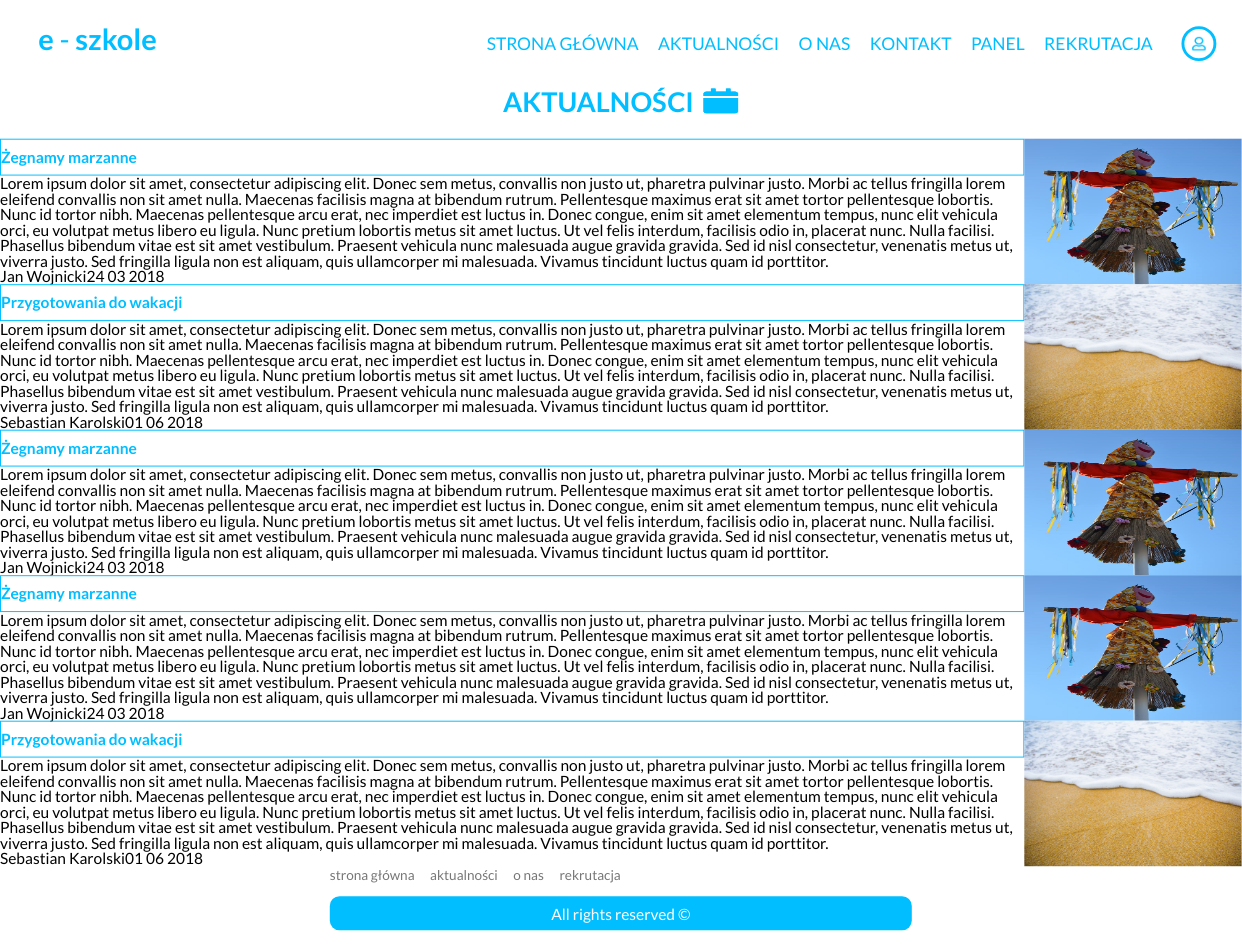
Repository: Votex874/e-szkole
Page: /blog (app in app/)
An editor plug-in stored every save of this project. The page is shown before and after the next save, followed by the edit.
The browser window is 1280 px wide. The pictures show the whole page, at 97% of full size.
The project was rebuilt for these pictures with package versions that can differ from the ones it lists, and the page was loaded fresh each time. Also part of the build but not shown: app/src/components/News/Title/index.js, app/src/components/News/Content/index.js, app/src/components/News/Avatar/index.js, app/src/components/News/Footer/index.js, app/src/components/News/index.js, app/src/components/AboutUs/Content/index.js, app/src/components/AboutUs/index.js, app/src/components/Graduates/ListItem/index.js and 11 more.

Above is the page before, as saved 2019-03-05 19:15:53.

### app/src/index.js
import React from 'react';
import ReactDOM from 'react-dom';
import App from './App';
import * as serviceWorker from './serviceWorker';
import { createStore } from 'redux';
import { Provider } from 'react-redux';
import rootReducer from './reducers/rootReducer'

const store = createStore(rootReducer);

ReactDOM.render(<Provider store={store}><App /></Provider>, document.getElementById('root'));

// If you want your app to work offline and load faster, you can change
// unregister() to register() below. Note this comes with some pitfalls.
// Learn more about service workers: http://bit.ly/CRA-PWA
serviceWorker.unregister();

### app/src/App.js
import React, { Component } from 'react';
import { Route, BrowserRouter, Switch } from 'react-router-dom'
import './reset.scss'

import Home from './containers/Home/index'
import Login from './containers/Login/index'
import Contact from './containers/Contact/index'
import News from './containers/News/index'

class App extends Component {
  render() {
    return (
      <BrowserRouter>
        <Switch>
          <Route exact path='/' component={Home} />
          <Route path='/login' component={Login} />
          <Route path='/kontakt' component={Contact} />
          <Route path='/blog' component={News} />
        </Switch>
      </BrowserRouter>
    );
  }
}

export default App;

### app/src/reset.scss
html, body, div, span, applet, object, iframe,
h1, h2, h3, h4, h5, h6, p, blockquote, pre,
a, abbr, acronym, address, big, cite, code,
del, dfn, em, img, ins, kbd, q, s, samp,
small, strike, strong, sub, sup, tt, var,
b, u, i, center,
dl, dt, dd, ol, ul, li,
fieldset, form, label, legend,
table, caption, tbody, tfoot, thead, tr, th, td,
article, aside, canvas, details, embed,
figure, figcaption, footer, header, hgroup,
menu, nav, output, ruby, section, summary,
time, mark, audio, video {
	margin: 0;
	padding: 0;
	border: 0;
	font-size: 100%;
	font: inherit;
	vertical-align: baseline;
}
/* HTML5 display-role reset for older browsers */
article, aside, details, figcaption, figure,
footer, header, hgroup, menu, nav, section {
	display: block;
}
body {
	line-height: 1;
}
ol, ul {
	list-style: none;
}
blockquote, q {
	quotes: none;
}
blockquote:before, blockquote:after,
q:before, q:after {
	content: '';
	content: none;
}
table {
	border-collapse: collapse;
	border-spacing: 0;
}
@import url('https://fonts.googleapis.com/css?family=Lato:300,300i,400,400i,700&amp;subset=latin-ext');

 body {
	font-family: 'Lato', sans-serif;
 }

 a{
	 text-decoration: none;
 }

### app/src/containers/News/index.js
import React, { Component } from 'react'

import HeaderMain from '../../components/HeaderMain/index'
import Footer from '../../components/Footer/index'
import Blog from '../../components/Blog/index'


class News extends Component {
  render (){
    return (
      <React.Fragment>
        <HeaderMain />
        <Blog />
        <Footer />
      </React.Fragment>
    )
  }
}

export default News

### app/src/components/HeaderMain/index.js
import React, { Component } from 'react';
import styled from 'styled-components'
import Logo from '../Logo/index'
import Navigation from '../Nav/index'
import Hamburger from '../Hamburger/index'

const Header = styled.header`
 max-width: 1400px;
 height: 100px;
 margin: 0 auto;
 display: flex;
 justify-content: space-between;
 align-items: center;
 box-sizing: border-box;
 margin-top: 15px;
 @media (max-width: 1400px){
   width: 96%;
   height: 50px;
   align-items: center;
 }
`

class HeaderMain extends Component {
  constructor(props){
    super(props)

    this.state = {
      width: 0
    }
  }

  componentDidMount = () => {
    this.updateWindowDimensions();
    window.addEventListener('resize', this.updateWindowDimensions);
  }

  componentWillUnmount = () => {
    window.removeEventListener('resize', this.updateWindowDimensions);
  }

  updateWindowDimensions = () => {
    this.setState({ width: window.innerWidth });
  }

  render() {
    const { width } = this.state;
    return (
      <Header>
        <Logo />
        { width <= 767 ? <Hamburger /> : <Navigation /> }
      </Header>
    );
  }
}

export default HeaderMain;

### app/src/components/Footer/index.js
import React, { Component } from 'react'
import styled from 'styled-components'
import FooterNav from './FooterNav/index'
import { lightBlue } from '../../constColors'

const FooterContainer = styled.footer`
  width: 600px;
  margin: 0 auto;
  @media (max-width: 767px){
    width: 100%;
  }
`

const FooterBanner = styled.div`
  background-color: ${lightBlue};
  display: flex;
  justify-content: center;
  align-items: center;
  color: #fff;
  margin: 15px auto;
  height: 35px;
  border-radius: 10px;
  @media (max-width: 767px){
    width: 100%;
    border-radius: 0;
  }
`

class Footer extends Component {
  render(){
    return (
      <FooterContainer>
        <FooterNav />
        <FooterBanner>All rights reserved &copy; </FooterBanner>
      </FooterContainer>
    )
  }
}


export default Footer

### app/src/components/Blog/index.js
import React, { Component } from 'react'
import styled from 'styled-components'
import { connect } from 'react-redux'

import Post from './Post/index'
import SectionTitle from '../SectionTitle/index'
import IconNews from '../../images/icons/calendar.png'

const BlogContainer = styled.section`
`

class Blog extends Component {
  constructor(props){
    super(props)

    this.state = {
      title: "Aktualności"
    }
  }

  render(){
    const { news } = this.props
    return (
      <BlogContainer>
      <SectionTitle img={IconNews} title={this.state.title} />
        {news.map((post, i) => (
          <Post key={i} content={post} />
        ))}
      </BlogContainer>
    )
  }
}

const mapStateToProps = ({ news }) => {
  return {
    news
  }
}

export default connect(mapStateToProps)(Blog)

### app/src/components/Logo/index.js
import React, { Component } from 'react';
import styled from 'styled-components'
import { shineOnHover, lightBlue } from '../../constColors'
import { Link } from 'react-router-dom'

const Alink = styled.span`
  display: flex;
  flex-direction: column;
  justify-content: center;
  align-items: center;
  width: 225px;
  padding: 0 10px;
  text-decoration: none;
  font-size: 50px;
  @media (max-width: 767px) {
    width: 150px;
    height: auto;
    font-size: 28px;
    align-items: flex-start;
    justify-content: flex-start;
    padding: 0;
  }
  @media (min-width: 768px) and (max-width: 1400px) {
    width: 150px;
    font-size: 30px;
    padding: 0;
  }
  @media (min-width: 1401px){
    ${shineOnHover}
  }
`
const Span = styled.h1`
  color: ${lightBlue};
  transition: .2s;
`
const Bold = styled.b`
  font-weight: bold;
`

class Logo extends Component {
  constructor(props){
    super(props)

    this.state = {
      logoLink: '/'
    }
  }
  render() {
    const { logoLink } = this.state;
    return (
      <Link to={logoLink}>
        <Alink>
          <Span id='logo' className="logo2"><Bold>e</Bold> - <Bold>szkole</Bold></Span>
        </Alink>
      </Link>
    );
  }
}

export default Logo;

### app/src/components/Nav/index.js
import React, { Component } from 'react';
import { connect } from 'react-redux'
import styled from 'styled-components'
import SingleLink from './Link/index'
import LoginButton from './../LoginButton/index';


const Nav = styled.nav`
  display: flex;
  margin: 10px 20px 0 auto;
  @media (max-width: 767px){
    flex-direction: column;
    margin: 120px 0 0 0;
  }
`

class Navigation extends Component {

  render() {
    const { links } = this.props;
    let listOfLinks = [];
    let i = 0;
    for (const key of Object.keys(links)) {
      // console.log(key, links[key]);
      listOfLinks[i] = <SingleLink data={links[key]} key={key} />
      i++;
    }
    return (
      <React.Fragment>
        <Nav>
          {listOfLinks}
        </Nav>
        <LoginButton />
      </React.Fragment>
    );
  }
}

const mapStateToProps = (state) => {
  return {
    links: state.links
  }
}

export default connect(mapStateToProps)(Navigation);

### app/src/components/Hamburger/index.js
import React, { Component } from 'react';
import styled from 'styled-components'
import hamburgerImg from '../../images/icons/hamburger.png'
import times from '../../images/icons/times.png'
import Navigation from '../Nav/index'

const Hamburger = styled.div`
  width: 40px;
  height: 40px;
`

const HamburgerImg = styled.img`
  width: 100%;
  height: 100%;
  opacity: 1;
  transition: .4s;
  position: relative;
  z-index: 10;
`

const MobileContainer = styled.div`
  position: absolute;
  display: flex;
  flex-direction: column-reverse;
  top: 0;
  left: 0;
  width: 100vw;
  height: 100vh;
  background-color: #fff;
  opacity: .9;
  z-index: 1;
  transition: .3s;
`

class Hambuger extends Component {
  constructor(props){
    super(props)

    this.body = document.querySelector('body');

    this.state = {
      imgAlt: 'hamburgerMenuIcon',
      imgSrc: hamburgerImg,
      fade: 1,
      displayMobile: 'none'
    }
  }

  handleHamburger = () => {
    const { imgSrc } = this.state;
    setTimeout( () => {
      if (imgSrc !== hamburgerImg) {
        this.body.style.overflow = "auto";
        this.setState({
          imgSrc: hamburgerImg,
          displayMobile: 'none',
          fade: 1
        })
      } else {
        this.body.style.overflow = "hidden";
        this.setState({
          imgSrc: times,
          displayMobile: 'block',
          fade: 1
        })
      }
    }, 400)
    this.setState({
      fade: 0
    })
  }

  render() {
    const { imgAlt, imgSrc, fade, displayMobile } = this.state
    return (
      <Hamburger>
        <HamburgerImg style={{opacity: fade}} src={imgSrc} alt={imgAlt} onClick={this.handleHamburger}/>
        <MobileContainer style={{display: displayMobile}}>
          <Navigation />
        </MobileContainer>
      </Hamburger>
    );
  }
}


export default Hambuger;

### app/src/components/SectionTitle/index.js
import React from 'react'
import styled from 'styled-components'
import { lightBlue } from '../../constColors'

const HeaderTitle = styled.h2`
  color: ${lightBlue};
  font-size: 32px;
  text-transform: uppercase;
  font-weight: bold;
  text-align: center;
  @media (max-width: 767px){
    font-size: 22px;
  }
  @media (min-width: 768px) and (max-width: 1400px){
    font-size: 28px;
  }
`
const HeaderImg = styled.img`
  width: 40px;
  height: 30px;
  margin-left: 10px;
  @media(max-width: 767px){
    width: 30px;
    height: 20px;
  }
  @media (min-width: 768px) and (max-width: 1400px){
    width: 36px;
    height: 26px;
  }
`

const Header = styled.header`
  display: flex;
  justify-content: center;
  align-items: center;
  width: 90%;
  margin: 25px auto;
`

const SectionTitle = ({ title, img }) => {
  return (
    <Header>
      <HeaderTitle>{title}</HeaderTitle>
      <HeaderImg src={img} alt="ikona zespolu"/>
    </Header>
  )
}


export default SectionTitle;

### app/src/components/Footer/FooterNav/index.js
import React, { Component } from 'react'
import styled from 'styled-components'
import NavLink from './NavLink/index'
import { connect } from 'react-redux'

const NavContainer = styled.nav`
  display: flex;
  justify-content: space-between;
  width: 50%;
  @media (max-width: 767px){
    width: 90%;
    margin: 0 auto;
  }
`

class FooterNav extends Component {
  constructor(props){
    super(props)

    this.state = {
      nav: []
    }
  }
  componentDidMount = () => {
    const { links } = this.props
    let listOfNavs = [];
    let i = 0;
    for (const key of Object.keys(links)) {
      if(links[key].basic === 'true'){
        listOfNavs[i] =
          <NavLink name={links[key].name} url={links[key].url} key={key} />
        i++;
      }
    }
    this.setState({
      nav: listOfNavs
    })
  }

  render(){
    const { nav } = this.state;
    return(
      <NavContainer>
        {nav}
      </NavContainer>
    )
  }
}

const mapStateToProps = (state) => {
  return {
    links: state.links
  }
}

export default connect(mapStateToProps)(FooterNav);

### app/src/constColors.js
const brown = '#BF5000';
const greenDark = '#008723';
const greenLight = '#34BD56';
const lightBlue = '#00BEFF';
const turquoise = '#fff';
const darkBlue = '#0057AE';

const shineOnHover = `
position: relative;
    overflow: hidden;
    display: inline-block;
    border-radius: 5px;
    text-align: center;
    line-height: 50px;

  &:after {
    content: "";
    position: absolute;
    top: -110%;
    left: -210%;
    width: 200%;
    height: 200%;
    opacity: 0;
    /* transform: rotate(30deg); */

    background: rgba(0, 190, 255, 0.13);
    background: linear-gradient(
      to right,
      rgba(0, 190, 255, 0.13) 0%,
      rgba(0, 190, 255, 0.13) 77%,
      rgba(0, 190, 255, 0.5) 92%,
      rgba(0, 190, 255, 0.0) 100%
    );
  }

  &:hover:after {
    opacity: 1;
    top: -30%;
    left: -30%;
    transition-property: left, top, opacity;
    transition-duration: 0.7s, 0.7s, 0.15s;
    transition-timing-function: ease;
  }


  &:active:after {
    opacity: 0;
  }
`

export { brown, greenLight, greenDark, lightBlue, shineOnHover, turquoise, darkBlue }

### app/src/components/Blog/Post/index.js
import React, { Component } from 'react'
import styled from 'styled-components'

import Avatar from './Avatar/index'
import Content from './Content/index'
import Footer from './Footer/index'
import Title from './Title/index'

const PostContainer = styled.article`
  display: flex;
  margin: 0 auto;

  @media (max-width: 767px){
    flex-direction: column-reverse;
    max-width: 300px;
  }
`

const ContentContainer = styled.section`

`

class Post extends Component {
  render() {
    const { content } = this.props
    return (
      <PostContainer>
        <ContentContainer>
          <Title title={content.title} />
          <Content text={content.content} />
          <Footer date={content.date} author={content.author} />
        </ContentContainer>
        <Avatar img={content.imageName} />
      </PostContainer>
    )
  }
}

export default Post

### app/src/components/Nav/Link/index.js
import React from 'react';
import styled from 'styled-components'
import { shineOnHover, lightBlue } from '../../../constColors'
import { Link } from 'react-router-dom'

const Alink = styled.span`
  text-decoration: none;
  color: ${lightBlue};
  margin: 10px 0;
  padding: 0 12px;
  font-size: 20px;
  text-transform: uppercase;
  text-align: center;

  @media (max-width: 767px){
    font-size: 24px;
    display: flex;
    justify-content: center;
    align-items: center;
  }
  @media (min-width: 768px) and (max-width: 1050px){
    font-size: 14px;
    margin: 10px 0;
    padding: 4px;
  }
  @media (min-width: 1051px) and (max-width: 1400px){
    font-size: 18px;
    margin: 10px 0;
    padding: 0 10px;
  }
  @media (min-width: 1401px){
    ${shineOnHover}
}
`

const SingleLink = ({ data }) => {
  const handleClick = () => {
    document.querySelector('body').style.overflow = "auto";
  }
  return (
    <Link onClick={handleClick} to={data.url}>
      <Alink>
        {data.name}
      </Alink>
    </Link>
  )
}

export default SingleLink;

### app/src/components/LoginButton/index.js
import React, { Component } from 'react';
import styled from 'styled-components'
import imgUser from '../../images/icons/loginUser.png'
import { shineOnHover, lightBlue } from '../../constColors'
import { Link } from 'react-router-dom'

const ButtonAlink = styled.span`
  width: 160px;
  height: 30px;
  font-size: 14px;
  text-transform: uppercase;
  font-weight: bold;
  text-decoration: none;
  display: flex;
  justify-content: center;
  align-items: center;
  border-radius: 20px;
  border: 3px solid ${lightBlue};
  margin-top: 10px;
  @media (max-width: 767px){
    position: absolute;
    top: 15px;
    left: 10px;
    width: 220px;
    height: 40px;
    font-size: 24px;
  }
  @media (min-width: 768px) and (max-width: 1400px){
    width: 30px;
  }
  @media (min-width: 1401px){
    ${shineOnHover}
    border-radius: 20px;
    line-height: normal;
    display: flex;
  }
`

const IconImg = styled.img`
  background-position: center;
  background-size: cover;
  background-repeat: no-repeat;
  margin-left: 15px;
  width: 14px;
  height: 14px;
  @media (max-width: 767px){
    width: 26px;
    height: 26px;
  }
  @media (min-width: 768px) and (max-width: 1400px){
    margin-left: 0;
  }
`
const SpanText = styled.span`
  color: ${lightBlue};
  @media (min-width: 768px) and (max-width: 1400px){
    display: none;
  }
`

class LoginButton extends Component {
  constructor(props){
    super(props)

    this.state = {
      loginLink: '/login'
    }
  }

  handleEnableScroll = () => {
    document.querySelector('body').style.overflow = "auto";
  }

  render() {
    const { loginLink } = this.state;
    return (
      <Link onClick={this.handleEnableScroll} to={loginLink} >
        <ButtonAlink>
          <SpanText>zaloguj się</SpanText>
          <IconImg src={imgUser} />
        </ButtonAlink>
      </Link>
    );
  }
}

export default LoginButton;

### app/src/components/Footer/FooterNav/NavLink/index.js
import React from 'react'
import styled from 'styled-components'
import { Link } from 'react-router-dom'

const Alink = styled.span`
  text-decoration: none;
  font-size: 14px;
  color: #777;
  @media (max-width: 767px){
    font-size: 12px;
  }
  @media (min-width: 768px) and (max-width: 1400px){
    font-size: 14px;
  }
`


const NavLink = ({ name, url }) => {
  return (
    <Link to={url}>
      <Alink>{name}</Alink>
    </Link>
  )
}

export default NavLink

### app/src/components/Blog/Post/Avatar/index.js
import React from 'react'
import styled from 'styled-components'

const AvatarImg = styled.img`
  width: 100%;
  height: 100%;
`

const ContainerImg = styled.div`
  width: 100%;
  height: 150px;
  margin: 0 auto;
  @media (max-width: 767px){
    height: 150px;
  }
`

const Avatar = ({ img }) => {
  return (
    <ContainerImg>
      <AvatarImg src={require(`../../../../images/news/${img}.png`)} />
    </ContainerImg>
  )
}

export default Avatar

### app/src/components/Blog/Post/Content/index.js
import React from 'react'

const Content = ({ text }) => {
  return (
    <div>{text}</div>
  )
}

export default Content

### app/src/components/Blog/Post/Footer/index.js
import React from 'react'

const Footer = ({ author, date }) => {
  return (
    <div>{author}{date}</div>
  )
}

export default Footer

### app/src/components/Blog/Post/Title/index.js
import React from 'react'
import styled from 'styled-components'

import { lightBlue } from '../../../../constColors'

const Header = styled.header`
`

const ContainerTitle = styled.h2`
  padding: 10px 0;
  font-weight: bold;
  color: ${lightBlue};
  border: 1px solid ${lightBlue};
  @media (max-width: 767px){
    font-size: 20px;
  }
`

const Title = ({ title }) => {
  return (
    <Header>
      <ContainerTitle>{title}</ContainerTitle>
    </Header>
  )
}

export default Title

Loaded but not shown: app/public/index.html (common file); app/src/serviceWorker.js (common file); app/src/reducers/rootReducer.js (90 lines, source omitted)

After the next save:
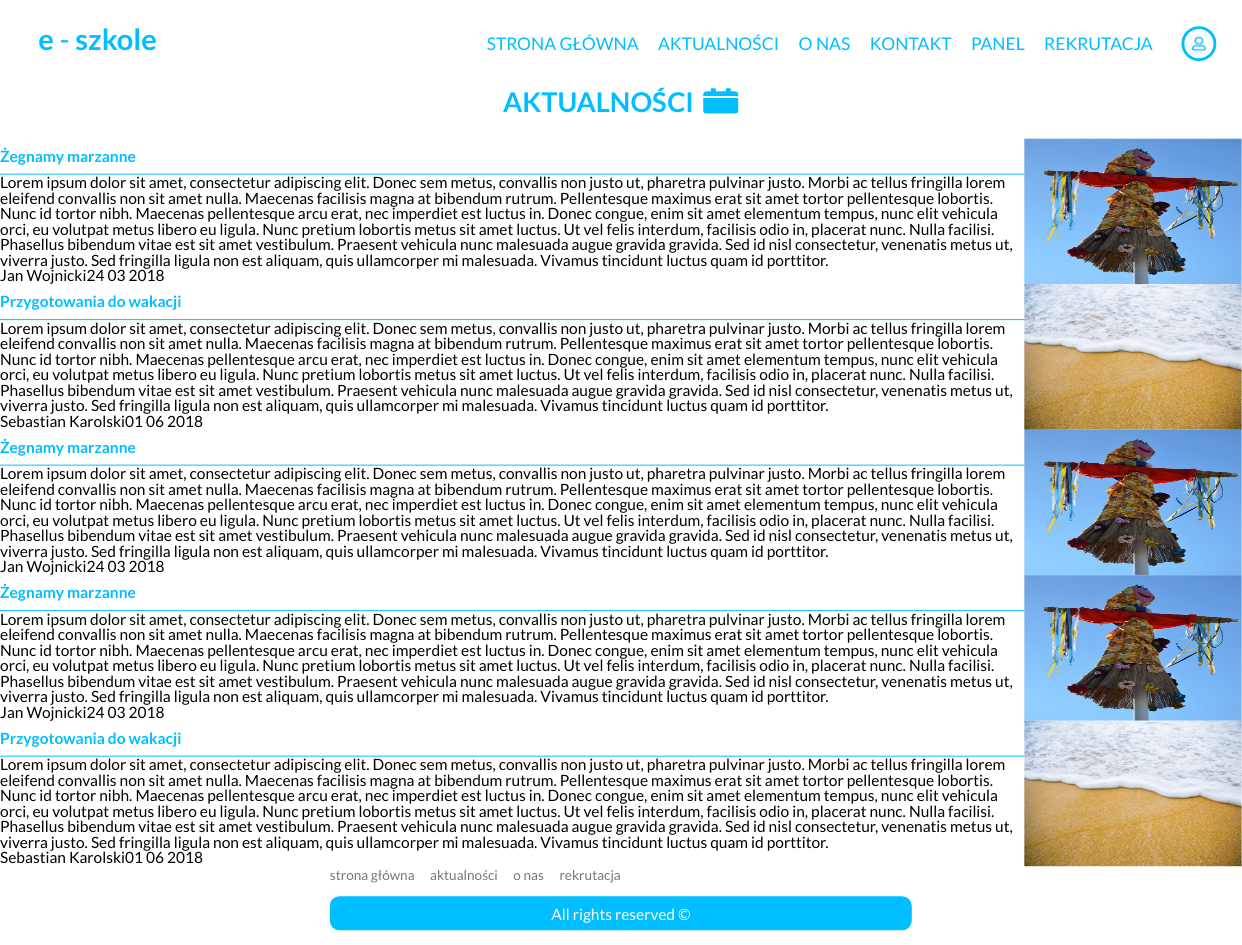
Saved 9 s later.
--- a/app/src/components/Blog/Post/Title/index.js
+++ b/app/src/components/Blog/Post/Title/index.js
@@ -10,7 +10,7 @@ const ContainerTitle = styled.h2`
   padding: 10px 0;
   font-weight: bold;
   color: ${lightBlue};
-  border: 1px solid ${lightBlue};
+  border-bottom: 1px solid ${lightBlue};
   @media (max-width: 767px){
     font-size: 20px;
   }
